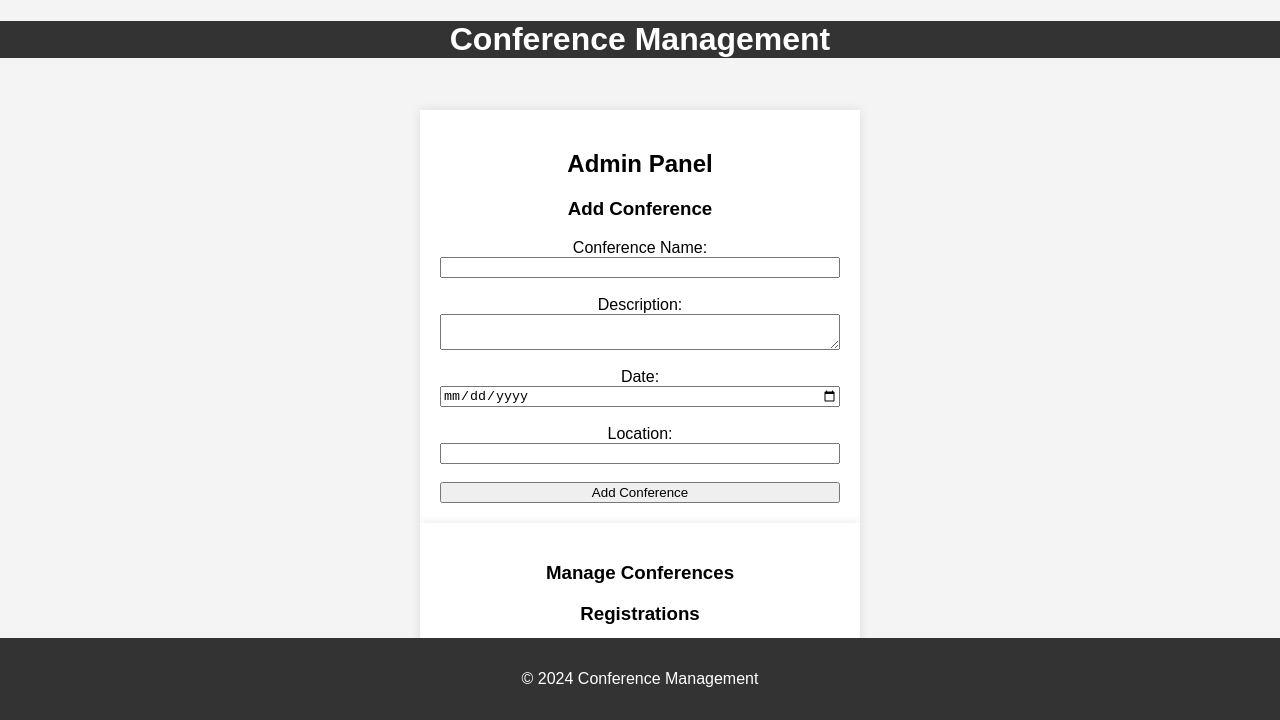
Repository: AMIT1439027/conferenceapp
Page: http://localhost/admin/admin.php
These files come from the project's save history. The page is drawn as it stood at one moment and after a run of saves; the edit follows.
The browser window is 1280 px wide. The pictures show the whole page.
The page is run by PHP 8.4 with error messages shown; the project is at /var/www/html/. Queries for data that is not in the repository find no rows.

Above is the page before, as saved 2024-05-29 14:27:39.

After the next 2 saves:
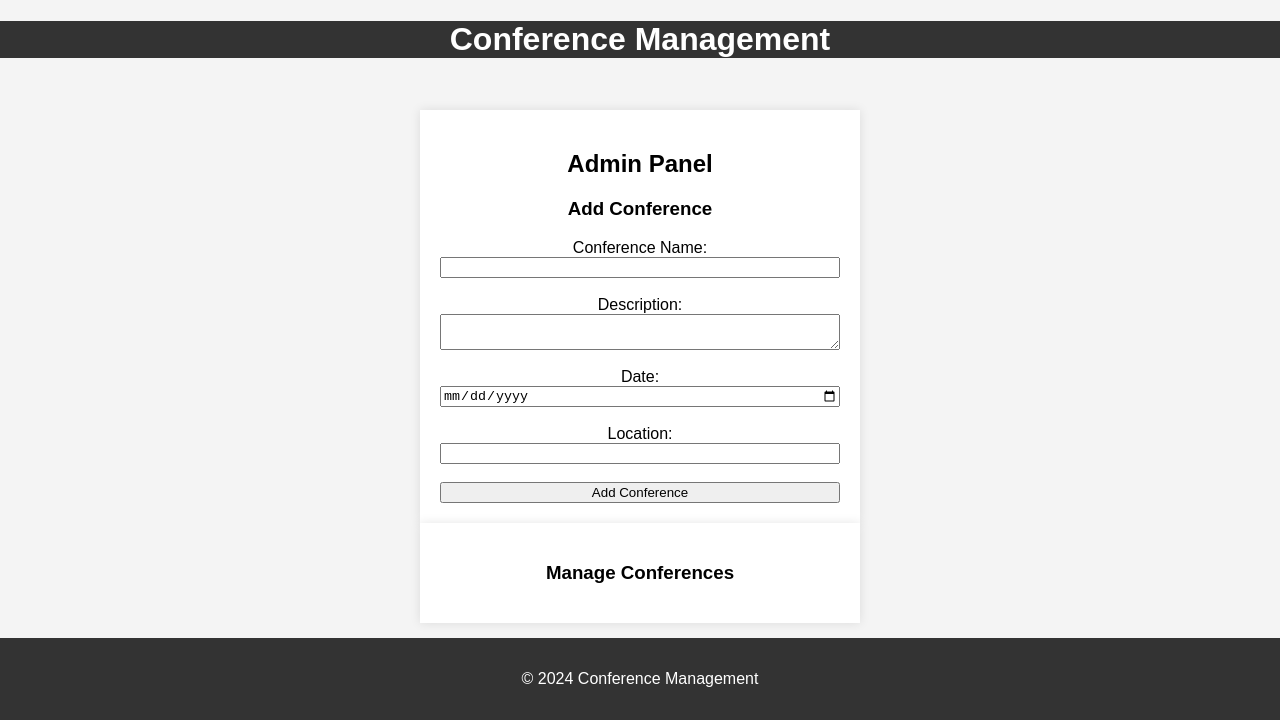
The 2 saves are shown as one change because they came seconds apart.
The last was saved 8 s later.
--- a/admin/admin.php
+++ b/admin/admin.php
@@ -107,8 +107,9 @@ $registrations = $stmt_registrations->fetchAll();
 
             <?php endforeach; ?>
         </ul>
+        </div>
+        <!-- List of Registrations -->
 
-        <!-- List of Registrations -->
         <h3>Registrations</h3>
         <ul>
             <?php foreach ($registrations as $registration): ?>
